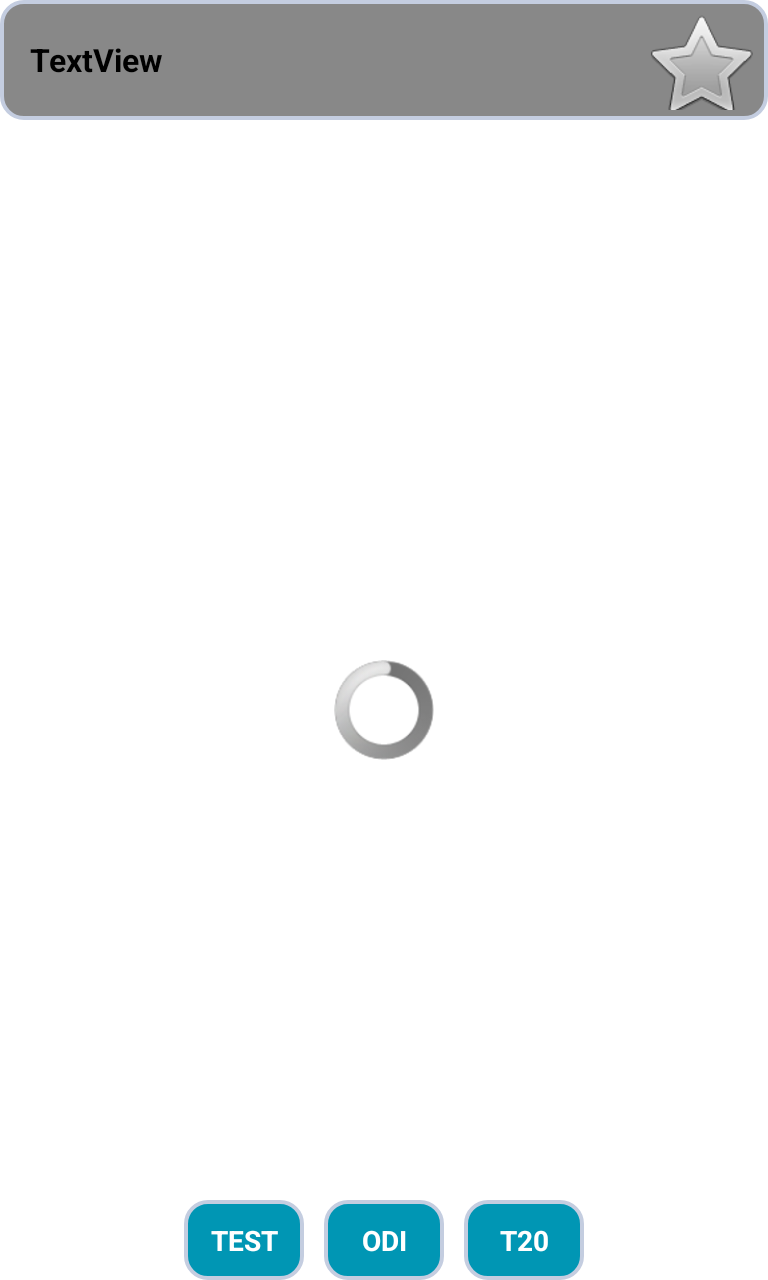
Repository: vinothsridhar/CrickBuzzChallenge
Layout: CricBuzzAndroidApp/res/layout/activity_playerprofile.xml
An editor plug-in stored every save of this project. The layout is shown before and after a run of saves, followed by the edit.
It is drawn on a 768 x 1280 px phone screen (xhdpi) without system bars, with theme AppTheme; the app's code is not run.

Above is the layout before, as saved 2014-12-20 15:58:00.

### CricBuzzAndroidApp/res/layout/activity_playerprofile.xml
<RelativeLayout xmlns:android="http://schemas.android.com/apk/res/android"
    xmlns:tools="http://schemas.android.com/tools"
    android:layout_width="match_parent"
    android:layout_height="match_parent" >

    <include
        android:id="@+id/topItem"
        layout="@layout/playlist_item" />

    <RelativeLayout
        android:layout_width="fill_parent"
        android:layout_height="fill_parent"
        android:layout_below="@+id/topItem" >

        <ProgressBar
            android:id="@+id/profileProgress"
            android:layout_width="50dp"
            android:layout_height="50dp"
            android:layout_centerInParent="true" />

        <RelativeLayout
            android:id="@+id/profileInfo"
            android:layout_width="fill_parent"
            android:layout_height="fill_parent"
            android:orientation="vertical" >

            <ScrollView
                android:layout_width="fill_parent"
                android:layout_height="fill_parent"
                android:layout_above="@+id/buttonLayout">

	            <LinearLayout
	                android:id="@+id/details"
	                android:layout_width="fill_parent"
	                android:layout_height="wrap_content"
	                android:padding="5dp"
	                android:orientation="vertical">

	            </LinearLayout>

            </ScrollView>

            <LinearLayout
                android:id="@+id/buttonLayout"
                android:layout_width="match_parent"
                android:layout_height="wrap_content"
                android:layout_alignParentBottom="true"
                android:gravity="center_horizontal"
                android:orientation="horizontal" >

                <Button
                    android:id="@+id/test"
                    android:layout_width="wrap_content"
                    android:layout_height="wrap_content"
                    style="@style/Button"
                    android:layout_marginRight="10dp"
                    android:text="@string/test_text" />

                <Button
                    android:id="@+id/odi"
                    android:layout_width="wrap_content"
                    android:layout_height="wrap_content"
                    style="@style/Button"
                    android:layout_marginRight="10dp"
                    android:text="@string/odi_text" />

                <Button
                    android:id="@+id/t20"
                    android:layout_width="wrap_content"
                    android:layout_height="wrap_content"
                    style="@style/Button"
                    android:text="@string/t20_text" />

            </LinearLayout>
        </RelativeLayout>
    </RelativeLayout>

</RelativeLayout>

### CricBuzzAndroidApp/res/values/styles.xml
<resources xmlns:android="http://schemas.android.com/apk/res/android">
    <style name="AppBaseTheme" parent="@android:style/Theme.Light.NoTitleBar">
    </style>

    <style name="AppTheme" parent="AppBaseTheme">
    </style>

    <style name="BoldText">
        <item name="android:textSize">@dimen/medium_text</item>
        <item name="android:textStyle">bold</item>
        <item name="android:padding">5dp</item>
    </style>

    <style name="TitleText">
        <item name="android:textSize">@dimen/big_text</item>
        <item name="android:background">@color/black</item>
        <item name="android:textColor">@color/white</item>
        <item name="android:textStyle">bold</item>
        <item name="android:gravity">center_vertical</item>
        <item name="android:padding">5dp</item>
    </style>

    <style name="TitleIcon" parent="@android:style/Widget.TabWidget">
        <item name="android:gravity">center_vertical</item>
        <item name="android:background">@drawable/tab_holo</item>
        <item name="android:paddingLeft">5dp</item>
        <item name="android:paddingRight">5dp</item>
    </style>

    <style name="TotalText" parent="BoldText">
        <item name="android:textColor">@color/black</item>
        <item name="android:background">@color/yellow</item>
        <item name="android:weightSum">2</item>
        <item name="android:gravity">center</item>
    </style>

    <style name="PlayerNameText">
        <item name="android:textColor">@color/black</item>
        <item name="android:textSize">@dimen/big_text</item>
        <item name="android:paddingLeft">10dp</item>
        <item name="android:textStyle">bold</item>
    </style>

    <style name="Button">
        <item name="android:width">60dp</item>
        <item name="android:height">40dp</item>
        <item name="android:textColor">@color/white</item>
        <item name="android:textSize">@dimen/medium_text</item>
        <item name="android:padding">5dp</item>
        <item name="android:textStyle">bold</item>
        <item name="android:background">@drawable/button_item</item>
    </style>

</resources>

### CricBuzzAndroidApp/res/layout/playlist_item.xml
<?xml version="1.0" encoding="utf-8"?>
<LinearLayout xmlns:android="http://schemas.android.com/apk/res/android"
    android:layout_width="match_parent"
    android:layout_height="60dp"
    android:layout_gravity="center_vertical"
    android:gravity="center_vertical"
    android:background="@drawable/playerlistitem"
    android:layout_marginBottom="10dp"
    android:clickable="true"
    android:orientation="horizontal" >

    <TextView
        android:id="@+id/playerName"
        android:layout_width="fill_parent"
        android:layout_height="wrap_content"
        android:layout_weight="1"
        style="@style/PlayerNameText"
        android:text="TextView" />

    <RatingBar
        android:id="@+id/ratingBar1"
        android:layout_width="wrap_content"
        android:layout_height="wrap_content"
        android:layout_weight="0"
        android:stepSize="1"
        android:numStars="1" />

</LinearLayout>

### CricBuzzAndroidApp/res/values/strings.xml
<?xml version="1.0" encoding="utf-8"?>
<resources>

    <string name="app_name">CricBuzzAndroidApp</string>
	<string name="loading_playlist_text">Loading Playlist</string>
	<string name="total_players_text">Total Players: %1$s</string>
	<string name="total_favorites_text">Favorites: %1$s</string>
	<string name="test_text">TEST</string>
	<string name="odi_text">ODI</string>
	<string name="t20_text">T20</string>
</resources>

### CricBuzzAndroidApp/res/values/colors.xml
<?xml version="1.0" encoding="utf-8"?>
<resources>
    <color name="black">#000000</color>
    <color name="white">#ffffff</color>
    <color name="yellow">#FFCC00</color>
</resources>

### CricBuzzAndroidApp/res/values/dimens.xml
<resources>

    <!-- Text sizes -->
    <dimen name="small_text">12sp</dimen>
    <dimen name="medium_text">14sp</dimen>
    <dimen name="big_text">16sp</dimen>

</resources>

### CricBuzzAndroidApp/res/drawable/button_item.xml
<?xml version="1.0" encoding="utf-8"?>
<selector xmlns:android="http://schemas.android.com/apk/res/android">

    <item android:state_pressed="true" android:state_focused="false"><shape android:shape="rectangle">
            <solid android:color="#588687"></solid>

            <stroke android:width="2dp" android:color="#C4CDE0"></stroke>

            <padding android:bottom="5dp" android:left="5dp" android:right="5dp" android:top="5dp"></padding>

            <corners android:radius="11dp"></corners>
        </shape></item>
    <item android:state_pressed="false"><shape android:shape="rectangle">
            <solid android:color="#0096B4"></solid>

            <stroke android:width="2dp" android:color="#C4CDE0"></stroke>

            <padding android:bottom="5dp" android:left="5dp" android:right="5dp" android:top="5dp"></padding>

            <corners android:radius="11dp"></corners>
        </shape></item>

</selector>

### CricBuzzAndroidApp/res/drawable/playerlistitem.xml
<?xml version="1.0" encoding="utf-8"?>
<selector xmlns:android="http://schemas.android.com/apk/res/android">

    <item android:state_pressed="true"><shape android:shape="rectangle">
            <solid android:color="#588687"></solid>

            <stroke android:width="2dp" android:color="#C4CDE0"></stroke>

            <padding android:bottom="5dp" android:left="5dp" android:right="5dp" android:top="5dp"></padding>

            <corners android:radius="11dp"></corners>
        </shape></item>
    <item android:state_pressed="false"><shape android:shape="rectangle">
            <solid android:color="#888888"></solid>

            <stroke android:width="2dp" android:color="#C4CDE0"></stroke>

            <padding android:bottom="5dp" android:left="5dp" android:right="5dp" android:top="5dp"></padding>

            <corners android:radius="11dp"></corners>
        </shape></item>

</selector>

After the next 3 saves:
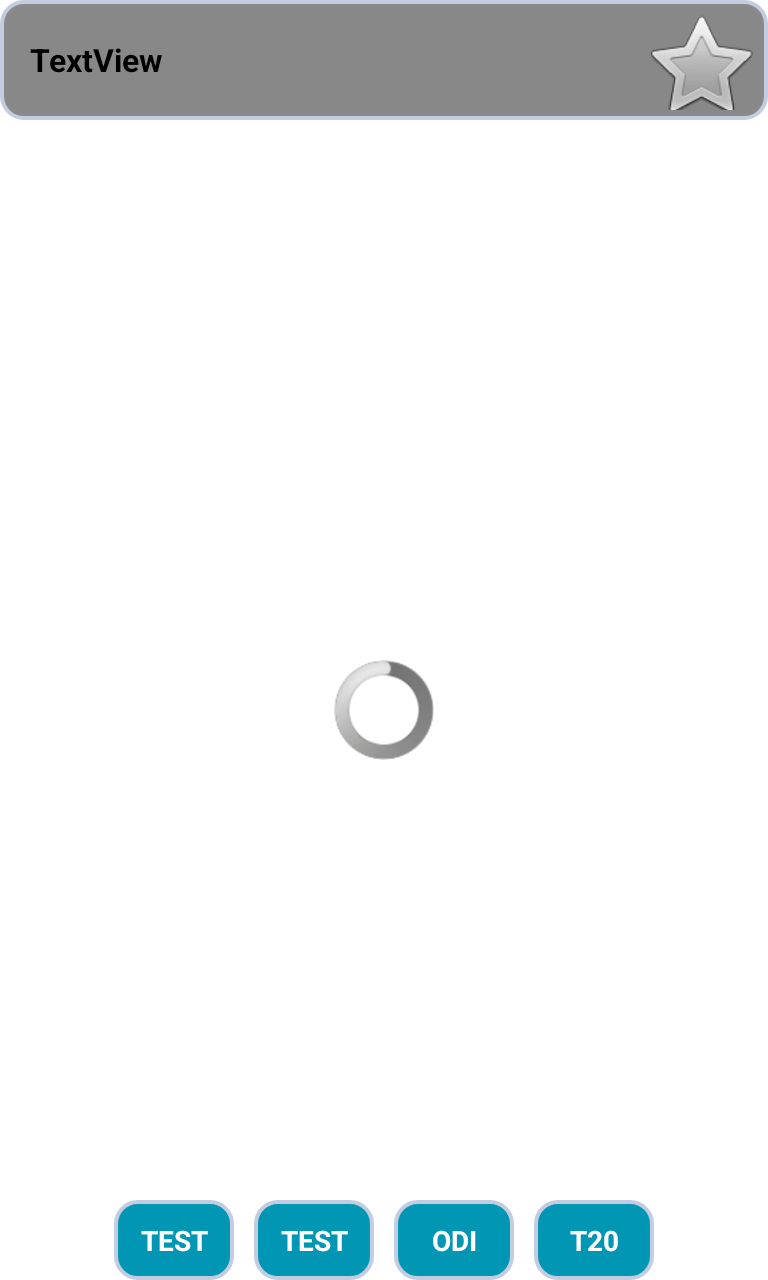
The 3 saves are shown as one change because they came seconds apart.
The last was saved 22 s later.
--- a/CricBuzzAndroidApp/res/layout/activity_playerprofile.xml
+++ b/CricBuzzAndroidApp/res/layout/activity_playerprofile.xml
@@ -49,6 +49,14 @@
                 android:orientation="horizontal" >
 
                 <Button
+                    android:id="@+id/info"
+                    android:layout_width="wrap_content"
+                    android:layout_height="wrap_content"
+                    style="@style/Button"
+                    android:layout_marginRight="10dp"
+                    android:text="@string/test_text" />
+
+                <Button
                     android:id="@+id/test"
                     android:layout_width="wrap_content"
                     android:layout_height="wrap_content"
